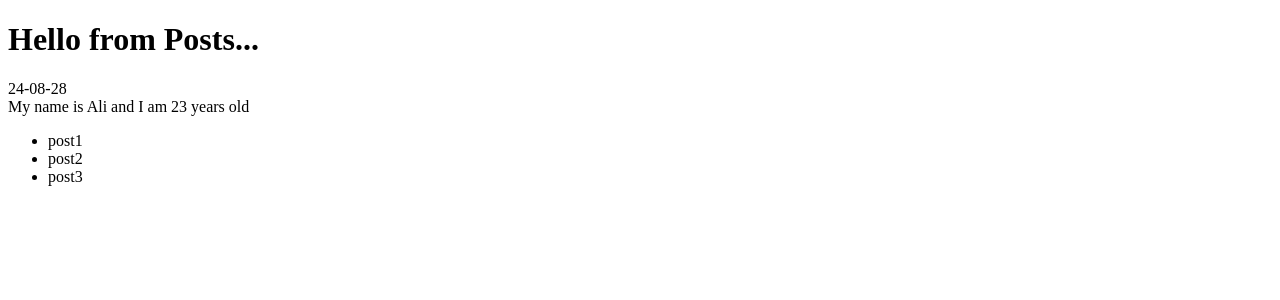
Repository: Abdulahi338/Basics-of-Controllers-using-laravel
Page: http://localhost/posts
These files come from the project's save history. The page is drawn as it stood at one moment and after a run of saves; the edit follows.
The browser window is 1280 px wide. The pictures show the whole page.
The page is served by the project's Laravel application, run on PHP 8.4 with Laravel 12.

Above is the page before, as saved 2024-08-28 21:41:27.

After the next 10 saves:
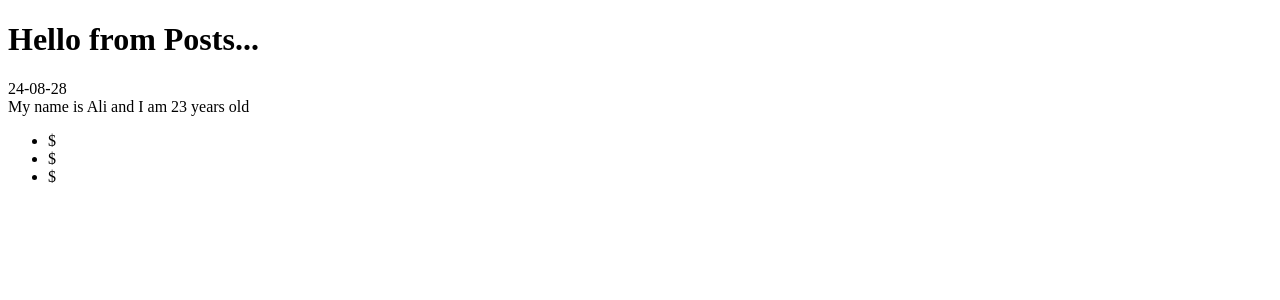
The 10 saves are shown as one change because 1 did not build or start and some came seconds apart.
The last was saved 115 s later.
--- a/resources/views/posts/index.blade.php
+++ b/resources/views/posts/index.blade.php
@@ -11,9 +11,13 @@
     {{date('y-m-d')}}
     <div>My name is {{ $userName }} and I am {{ $age }} years old</div>
     <ul>
-        <li>{{$post[0]}}</li>
+        {{-- <li>{{$post[0]}}</li>
         <li>{{$post[1]}}</li>
-        <li>{{$post[2]}}</li>
+        <li>{{$post[2]}}</li> --}}
+        @foreach ($post as $posts )
+        <li>$</li>
+
+        @endforeach
     </ul>
 </body>
 </html>
